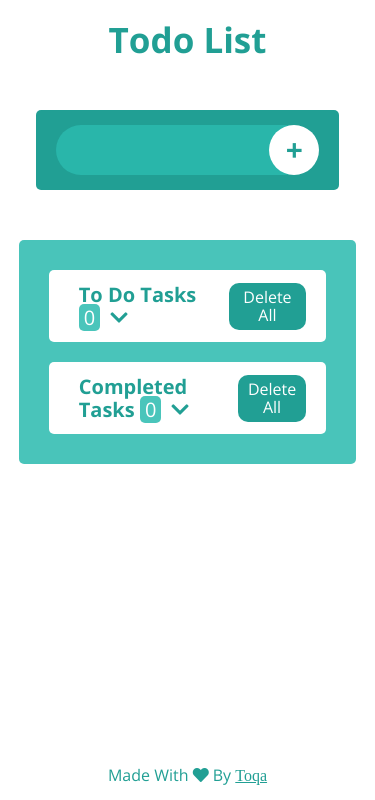
Repository: Toqa-25/todo-list
Page: index.html
An editor plug-in stored every save of this project. The page is shown before and after the next save, followed by the edit.
The browser window is 375 px wide. The pictures show the whole page.
Some web fonts or font styles are not loaded; a fallback is used.

Above is the page before, as saved 2022-02-07 16:28:38.

### index.html
<!DOCTYPE html>
<html lang="en">
<head>
    <meta charset="UTF-8">
    <meta http-equiv="X-UA-Compatible" content="IE=edge">
    <meta name="viewport" content="width=device-width, initial-scale=1.0">
     <!-- css fils -->
     <link rel="stylesheet" href="css/normalize.css">
     <link rel="stylesheet" href="css/all.min.css">
     <link rel="stylesheet" href="css/style.css">
     <!-- google fonts -->
     <link rel="preconnect" href="https://fonts.googleapis.com">
     <link rel="preconnect" href="https://fonts.gstatic.com" crossorigin>
     <link href="https://fonts.googleapis.com/css2?family=Open+Sans:wght@300;400;500;600;700;800&display=swap" rel="stylesheet">
     <link href="https://fonts.googleapis.com/css2?family=Pushster&amp;display=swap" rel="stylesheet">
     <!-- page title -->
    <title>ToDo List</title>
</head>
<body>
    <section class="todo-section container">
        <div class="todo-main-head ">
            <h2 class="todo-head">todo list</h2>
        </div>
        <div class="todo-input  ">
            <input type="text" name="" id="input-field">
            <span class="pluse" id="plus">+</span>
        </div>
        <div class="todo-group pad ">
        <div class="todo-list doing" id="todo-list-do">
             <div class="todo-list-header-group">
                 <h4 class="todo-list-head">to do tasks <span class="tasks-number"></span><i class="fas fa-chevron-down todo-chevron"></i></h4>
                <button class="btn delet-all-tasks">delete all</button>
            </div>
           <div class="todo-list-content todo">
           </div>
        </div>
        <div class="todo-list completed" id="todo-list-complete">
            <div class="todo-list-header-group">
                <h4 class="todo-list-head">completed tasks <span class="completed-tasks-number"></span><i class="fas fa-chevron-down complete-chevron"></i></h4>
                <button class="btn delet-all-completed-tasks">delete all</button>
            </div>
           <div class="todo-list-content complet">
           </div>
        </div>
        </div>
    </section>
    <div class="bottom-group">
             <p>made with <i class="fas fa-heart"></i> by <a class="developer link-none" href="https://toqa-25.github.io/portfolio/">toqa</a></p>
    </div>

    <script src="js/script.js"></script>
    <script src="https://unpkg.com/sweetalert/dist/sweetalert.min.js"></script>
</body>
</html>

### css/style.css
/* component style */
:root{
    --main-color:#219F94;
    --main-alt-color:#2bbbafda;
    --white-color:#fff;
    --text-color:#C1DEAE;
}
*{
     margin:0;
     padding:0;
     box-sizing: border-box;
}
html{
    scroll-behavior: smooth;
}
body{
    font-family: 'Open Sans', sans-serif;
    min-height: 100vh;
}
.container{
    width:90%;
    margin:0 auto;
}

.pad{
    padding: 30px 0;
}

/* element style */
section{
    display: flex;
    align-items: center;
    flex-direction: column;
    min-height: calc(100vh - 50px);
    gap:50px;

}
.todo-main-head {
    /* padding-top: 20px;
    margin-top: 20px; */
    margin: 20px auto 0;
}
.todo-head {
    color: var(--main-color);
    font-weight: bold;
    text-transform: capitalize;
    font-size: 35px;
    text-align: center;
}
.todo-input{
    background-color: var(--main-color);
    position: relative;
    border-radius: 5px;
    width: 600px;
    margin: 0 auto;
    padding: 15px 0;
}
@media(max-width:991px){
   .todo-input{
       width:90%;
   }
}
#input-field {
    width: calc(100% - 50px);
    margin: 0 20px;
    height: 50px;
    border: none;
    outline: none;
    background-color: var(--main-alt-color);
    color: #fff;
    padding:5px 20px;
    border-radius: 25px;
    -webkit-border-radius: 25px;
    -moz-border-radius: 25px;
    -ms-border-radius: 25px;
    -o-border-radius: 25px;
}
#input-field:focus{

}
.pluse {
    width: 50px;
    height: 50px;
    background-color: var(--white-color);
    border-radius: 50%;
    display: inline-block;
    padding: 21px;
    text-align: center;
    font-size: 30px;
    display: flex;
    justify-content: center;
    align-items: center;
    position: absolute;
    right: 20px;
    top: 50%;
    transform: translateY(-50%);
    color: var(--main-color);
    font-weight: bold;
    cursor: pointer;
}

.todo-group {
    background-color: var(--main-alt-color);
    /* margin-top: 30px; */
    padding: 30px;
    display: flex;
    justify-content: space-between;
    align-items: center;
    gap:20px;
    flex-direction: column;
    width:fit-content;
    border-radius: 5px;

}
.todo-list {
    background-color: var(--white-color);
    padding: 10px 20px;
    color: var(--main-color);
    flex:1;
    border-radius: 5px;
     width: 600px;
}
@media(max-width:767px){

    .todo-list {
        width:100%;
    }
}
.todo-list-content , .complet {
    padding:20px;
    display: none;
}
.todo-list-task-group {
    display: flex;
    justify-content: space-between;
    align-items: center;
    border: 1px solid var(--main-alt-color);
    padding: 5px;
    border-radius: 6px;
    margin-bottom: 10px;
}
.todo-list-task {
    padding: 5px 20px;
    display: flex;
    justify-content: space-between;
    align-items: center;
    position: relative;
    margin:10px 5px;
    width:80%;
}
.todo-list-task:before{
    content:"";
    position: absolute;
    top:0;
    left:0;
    height: 100%;
    background-color: var(--main-alt-color);
    width: 8px;
    border-radius: 0px 100px 100px 0px;
}
.btn {
    color: var(--white-color);
    width: fit-content;
    /* height: 27px; */
    padding: 5px 10px;
    background-color: var(--main-color);
    border: none;
    border-radius: 10px;
    cursor: pointer;
    text-transform: capitalize;
}
.todo-list-header-group {
    display: flex;
    justify-content: space-between;
    align-items: center;
}
.todo-list-head {
    text-transform: capitalize;
    width: fit-content;
    /* margin: auto; */
    /* text-align: center; */
    padding: 3px 10px;
    font-size: 20px;
}
.todo-list-text {
    /* text-transform: capitalize; */
}
.completed-task{
    position: relative;
}
.todo-list-checked {
    width: 15px;
    height: 15px;
    border: 1px solid var(--main-color);
    border-radius: 3px;
    display: flex;
    justify-content: center;
    align-items: center;
}
.completed-task:after{
    content: "";
    width: 90%;
    height: 2px;
    border-radius: 2px;
    position: absolute;
    top: 50%;
    left: 50%;
    transform: translate(-50%, -50%);
    background-color: var(--main-color);
}
.todo-list-checked i {
    font-size: 15px;
    margin-left: 3px;
    margin-bottom: 0px;
}
.completed-tasks-number,.tasks-number {
    padding: 0px 5px;
    background-color: var(--main-alt-color);
    color: #fff;
    border-radius: 5px;
    font-weight: normal;
}
i.fas.fa-chevron-down {
    margin-left: 10px;
}
.bottom-group{
color:var(--main-color);
text-align: center;
margin: 16px auto;
}
.bottom-group p{
    text-transform:capitalize;
}
.bottom-group p a{
    font-family: 'Pushster', cursive;
     color:var(--main-color);
}
.show{
    display:block;
}
.sign-login-group {
    width: fit-content;
    display: flex;
    justify-content: space-between;
    align-content: center;
    flex-direction: column;
    gap: 30px;
    margin-top: 100px;
}
.todo-input-group {
    min-width: 300px;
    display: flex;
    justify-content: space-between;
    align-content: center;
    flex-wrap: wrap;
    gap: 30px;
}
.todo-input-group label {
    text-transform: capitalize;
    color: var(--main-color);
    font-weight: bold;
}
.todo-input-group input {
    padding: 5px 10px;
    border-radius: 7px;
    border-color: var(--main-color);
    outline: none;
    color: var(--main-color);

}
.buttons-group {
    display: flex;
    justify-content: center;
    width: fit-content;
    align-items: center;
    gap: 10px;
    margin: 0 auto;
}
.buttons-group span{
    text-transform: uppercase;
    font-weight: bold;
    color: var(--main-color);
}
.sign-login-group .btn  {
    margin: auto;
    color: #fff;
    font-size: 18px;
}
.sign-login-group .buttons-group a {
  font-size: 20px;
    color: var(--main-color);
}

@media (max-width:375px)

### js/script.js

// const variables
let inputTask = document.getElementById("input-field"),
    plusButton = document.getElementById("plus"),
    toDoContent = document.querySelector(".todo"),
    completeContent = document.querySelector(".complet"),
    taskText = document.querySelector(".todo-list-text"),
    numberOfTasks = document.querySelector(".tasks-number"),
    numberOfCompletedTasks = document.querySelector(".completed-tasks-number"),
    todoChevron = document.querySelector(".todo-chevron"),
    completeChevron = document.querySelector(".complete-chevron"),
    deleteAllTasks = document.querySelector(".delet-all-tasks"),
    deleteAllCompletedTasks = document.querySelector(".delet-all-completed-tasks");

// var variables
var checkedSpan = [...document.querySelectorAll(".todo-list-checked")];
var checkedClasses = [...document.querySelectorAll(".checked")];
var buttonSgroup = [...document.querySelectorAll(".delete")];
let todoList = JSON.parse(localStorage.getItem("tasks"))
  ? JSON.parse(localStorage.getItem("tasks"))
  : [];
let completeList = JSON.parse(localStorage.getItem("completedTasks"))
  ? JSON.parse(localStorage.getItem("completedTasks"))
  : [];
/********************************************************** */
if ( todoList.length >= 1) {
    numberOfTasks.innerHTML = todoList.length;
}
else{
    numberOfTasks.innerHTML = 0;
}

if (completeList && completeList.length >= 1) {
  numberOfCompletedTasks.innerHTML = completeList.length;
} else {
  numberOfCompletedTasks.innerHTML = 0;
}
/********************************************************** */
window.onload = function () {
    inputTask.focus()
}
plusButton.onclick = addTask;
inputTask.addEventListener("keyup", function (event) {
  // Number 13 is the "Enter" key on the keyboard
  if (event.keyCode === 13) {
    addTask();
  }
});
/************************************* */
// 1- add task
function addTask() {
  if (inputTask.value != null && inputTask.value != "") {
      if (todoList.includes(inputTask.value.trim())) {
          swal("This Task is  Already Exists.");
      }
          toDoContent.innerHTML += `  <div class="todo-list-task-group">
                                        <div class="todo-list-task doing-task">
                                            <p class="todo-list-text">${inputTask.value.trim()}</p>
                                            <span id="todo-list-doing" class="todo-list-checked"></span>
                                        </div>
                                        <button class="btn delete">delete</button>
                                    </div>`;
          todoList = [...todoList, inputTask.value.trim()];
          localStorage.setItem("tasks", JSON.stringify(todoList));
          inputTask.value = "";
          currentTasks(toDoContent, todoList);
          checkedSpan = [];
          checkedSpan = [...document.querySelectorAll(".todo-list-checked")];
          checkedTask(checkedSpan);
          buttonSgroup = [];
          buttonSgroup = [...document.querySelectorAll(".delete")];
          deleteUneededTask(buttonSgroup);
          numberOfTasks.innerHTML.innerHTML++;
          inputTask.focus();

  }
  else {
      swal("Enter Your Task");
  }
}

// 2- drow new tasks
function currentTasks(plceContent, tasksArray) {
  plceContent.innerHTML = "";
  for (i = 0; i < tasksArray.length; i++) {
    plceContent.innerHTML += `<div class="todo-list-task-group">
                <div class="todo-list-task doing-task">
                <p class="todo-list-text">${tasksArray[i]}</p>
                <span id="todo-list-doing" class="todo-list-checked"></span>
                </div>
                <button class="btn delete">delete</button>
                </div>`;
  }
  checkedSpan = [];
  checkedSpan = [...document.querySelectorAll(".todo-list-checked")];
  checkedTask(checkedSpan);
//   console.log("current", checkedSpan);
  buttonSgroup = [];
  buttonSgroup = [...document.querySelectorAll(".delete")];
    deleteUneededTask(buttonSgroup);
       numberOfTasks.innerHTML = "";
       numberOfTasks.innerHTML = todoList.length;
}
currentTasks(toDoContent, todoList);

// 3- drow new tasks
function currentCheckedTasks(plceContent, tasksArray) {
  plceContent.innerHTML = "";
  for (i = 0; i < tasksArray.length; i++) {
    plceContent.innerHTML += `<div class="todo-list-task-group ">
                <div class="todo-list-task doing-task completed-task">
                <p class="todo-list-text">${tasksArray[i]}</p>
                <span id="todo-list-doing" class="todo-list-checked checked"><i class="fas fa-check"></i></span>
                </div>
                <button class="btn delete">delete</button>
                </div>`;
  }
  checkedClasses = [];
  checkedClasses = [...document.querySelectorAll(".checked")];
  unCheckedTask(checkedClasses);
  buttonSgroup = [];
  buttonSgroup = [...document.querySelectorAll(".delete")];
    deleteUneededTask(buttonSgroup);
        numberOfCompletedTasks.innerHTML = "";
        numberOfCompletedTasks.innerHTML = completeList.length;
}
currentCheckedTasks(completeContent, completeList);

// 4- drow completed tasks

function checkedTask(checkBoxs) {
  checkBoxs.forEach((checkBox) => {
    checkBox.onclick = function addChecked(checkBox) {
      deleteTask(checkBox.currentTarget);
      transformTask(checkBox.currentTarget);
    };
  });
}
checkedTask(checkedSpan);

//5- drow uncompleted Tasks
function unCheckedTask(checkBoxs) {
  checkBoxs.forEach((checkBox) => {
    checkBox.onclick = function addChecked(checkBox) {
      deleteTask(checkBox.currentTarget);
        transformTask(checkBox.currentTarget);
    };
  });
}
unCheckedTask(checkedClasses);

// 6- delete tasks
/************************************* */
function deleteTask(current) {
  let currentParent = current.parentElement,
    element = currentParent.parentElement,
    elementFirstParent = element.firstElementChild,
    elementText = elementFirstParent.firstElementChild.innerHTML;
    if (elementFirstParent.classList.contains("completed-task")) {
        completeList.splice(completeList.indexOf(elementText), 1);
        localStorage.setItem("completedTasks", JSON.stringify(completeList));
        numberOfCompletedTasks.innerHTML = ""
        numberOfCompletedTasks.innerHTML = completeList.length

} else {
    todoList.splice(todoList.indexOf(elementText), 1);
    localStorage.setItem("tasks", JSON.stringify(todoList));
    numberOfTasks.innerHTML = ""
    numberOfTasks.innerHTML = todoList.length
}
element.remove();
console.log(element);
console.log(elementText);
}

function transformTask(current) {
  let currentParent = current.parentElement,
    element = currentParent.parentElement,
    elementFirstParent = element.firstElementChild,
    elementText = elementFirstParent.firstElementChild.innerHTML;
  if (elementFirstParent.classList.contains("completed-task")) {
    todoList = [...todoList, elementText];
    localStorage.setItem("tasks", JSON.stringify(todoList));
    currentTasks(toDoContent, todoList);
  } else {
    // completeList.push(elementText);
        completeList = [...completeList, elementText];
    localStorage.setItem("completedTasks", JSON.stringify(completeList));
    currentCheckedTasks(completeContent, completeList);
  }
}

function deleteUneededTask(checkBoxs) {
  checkBoxs.forEach((checkBox) => {
    checkBox.onclick = function addChecked(checkBox) {
      let element = checkBox.currentTarget.parentElement,
        elementFirstParent = element.firstElementChild,
        elementText = elementFirstParent.firstElementChild.innerHTML;

      element.remove();
      if (elementFirstParent.classList.contains("completed-task")) {
        completeList.splice(completeList.indexOf(elementText), 1);
          localStorage.setItem("completedTasks", JSON.stringify(completeList));
              numberOfCompletedTasks.innerHTML = "";
              numberOfCompletedTasks.innerHTML = completeList.length;
      } else {
        todoList.splice(todoList.indexOf(elementText), 1);
        localStorage.setItem("tasks", JSON.stringify(todoList));
           numberOfTasks.innerHTML = "";
           numberOfTasks.innerHTML = todoList.length;
      }
      console.log(elementText);
      console.log(elementFirstParent);
      console.log(element);
    };
  });
}
deleteUneededTask(buttonSgroup);


todoChevron.onclick = function (){
    toDoContent.classList.toggle("show")
}
completeChevron.onclick = function () {
  completeContent.classList.toggle("show")
};

deleteAllTasks.onclick = function () {
    toDoContent.innerHTML = ""
    todoList = [];
    localStorage.setItem("tasks", JSON.stringify(todoList));
    currentTasks(toDoContent, todoList);
}
deleteAllCompletedTasks.onclick = function () {
  toDoContent.innerHTML = "";
  completeList = [];
  localStorage.setItem("completedTasks", JSON.stringify(completeList));
  currentCheckedTasks(completeContent, completeList);
};

Loaded but not shown: css/normalize.css (library); css/all.min.css (library)

After the next save:
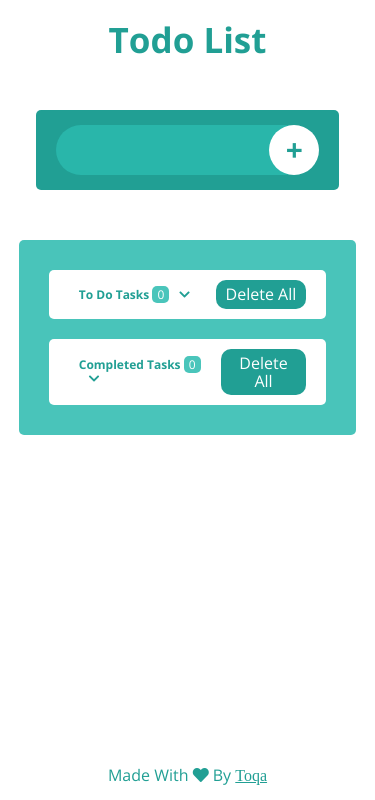
Saved 4 s later.
--- a/css/style.css
+++ b/css/style.css
@@ -291,4 +291,8 @@ margin: 16px auto;
     color: var(--main-color);
 }
 
-@media (max-width:375px)
+@media (max-width:375px){
+    .todo-list-head {
+    font-size: 12px;
+}
+}
